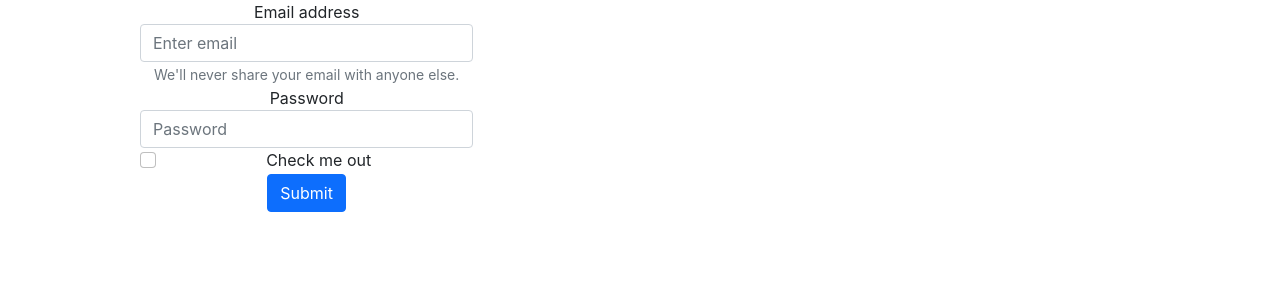
Repository: Osomhe1/bitmama2
Page: /
These files come from the project's save history. The page is drawn as it stood at one moment and after the next save; the edit follows.
The browser window is 1280 px wide. The pictures show the whole page.
The project was rebuilt for these pictures with package versions that can differ from the ones it lists, and the page was loaded fresh each time.

Above is the page before, as saved 2022-05-08 19:51:01.

After the next save:
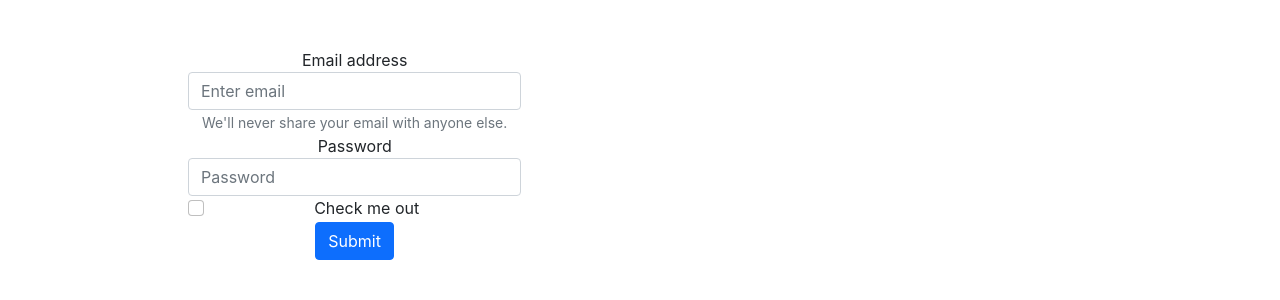
Saved 8 s later.
--- a/src/component/Login.js
+++ b/src/component/Login.js
@@ -2,7 +2,7 @@ import React from 'react'
 
 export default function Login() {
   return (
-    <div className='col-sm-12 col-md-6 col-lg-4 m-10' >
+    <div className='col-sm-12 col-md-6 col-lg-4 m-5' >
         <form>
   <div className="form-group">
     <label for="exampleInputEmail1">Email address</label>
